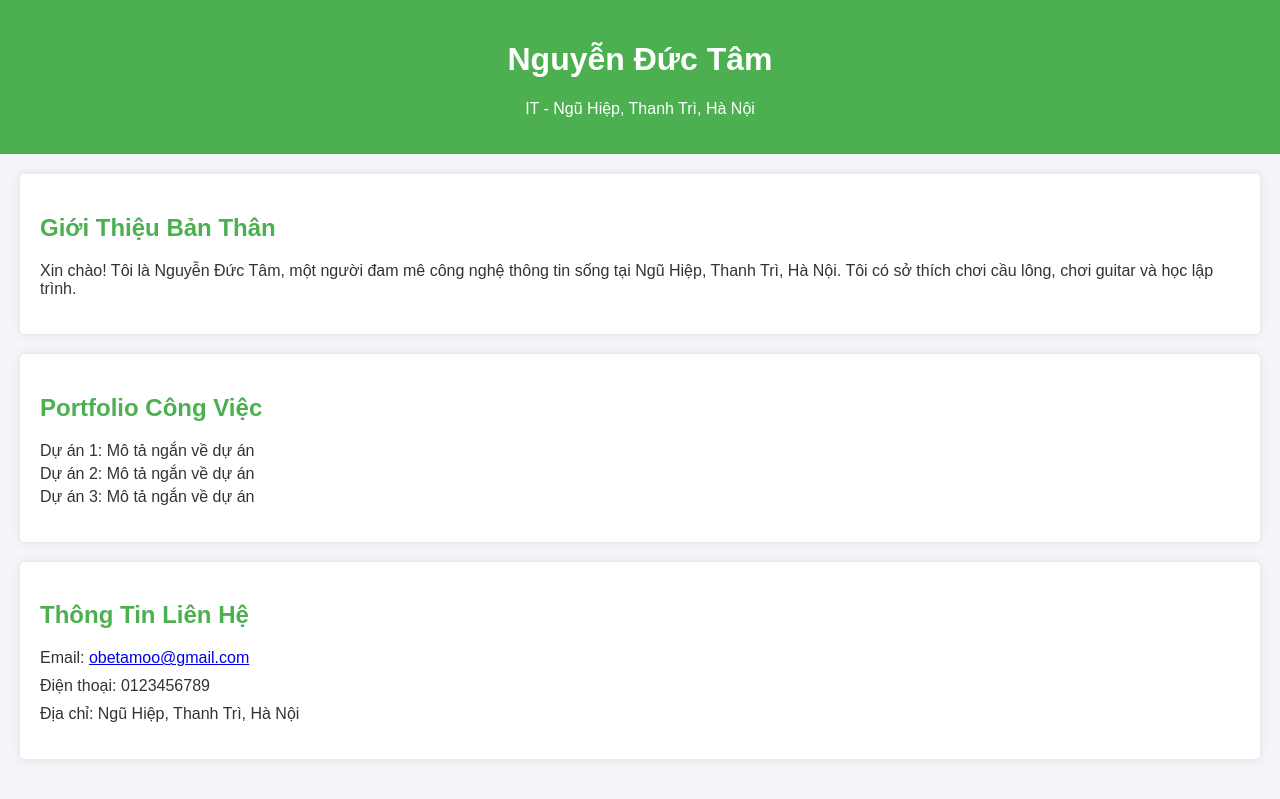
Repository: obetamoo/Introduce
Page: index.html
The author's editor kept a copy of each file at every save. The page is drawn from the files as they stood at one save, then again after a run of saves.
The browser window is 1280 px wide. The pictures show the whole page.

Above is the page before, as saved 2024-07-15 09:00:24.

After the next 11 saves:
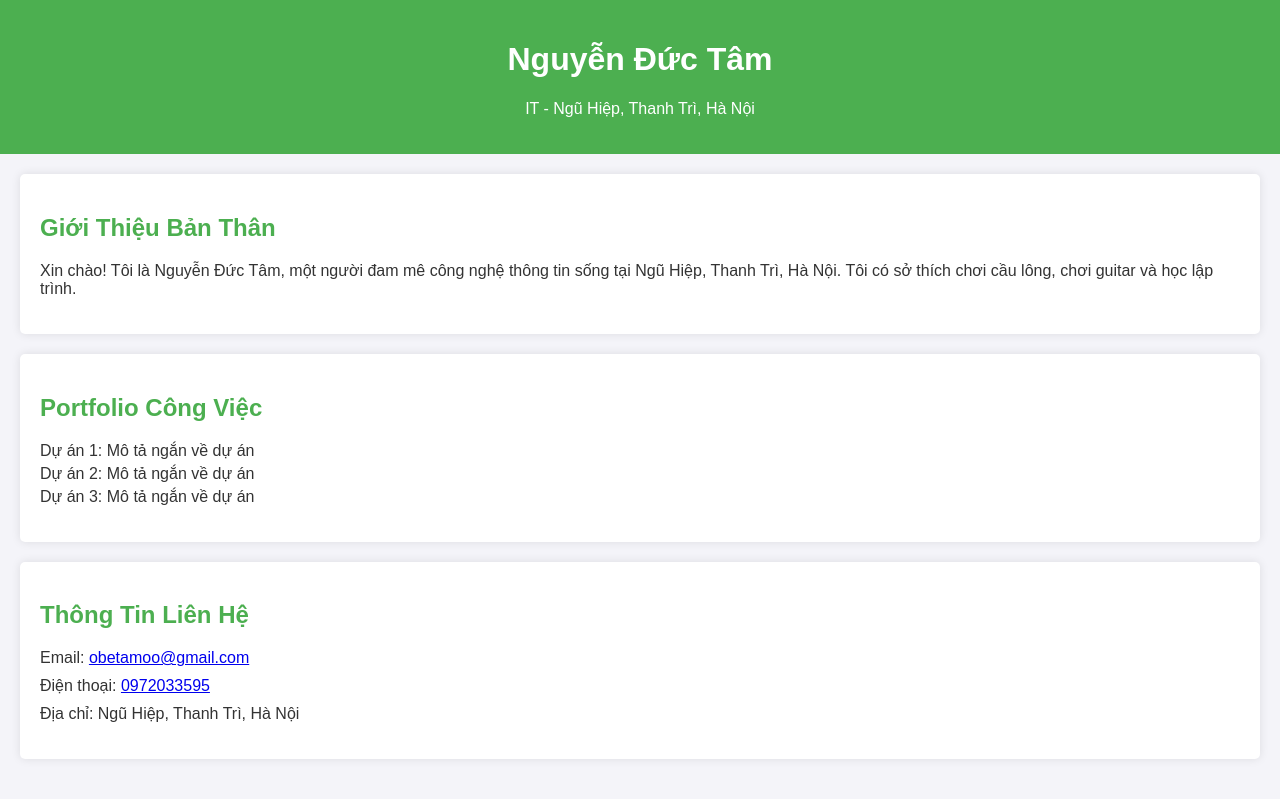
The 11 saves are shown as one change because they came seconds apart.
The last was saved 24 s later.
--- a/index.html
+++ b/index.html
@@ -66,7 +66,7 @@
             <h2>Thông Tin Liên Hệ</h2>
             <ul>
                 <li>Email: <a href="mailto:obetamoo@gmail.com">obetamoo@gmail.com</a></li>
-                <li>Điện thoại: 0123456789</li>
+                <li>Điện thoại: <a href="tel:0972033595">0972033595</a></li>
                 <li>Địa chỉ: Ngũ Hiệp, Thanh Trì, Hà Nội</li>
             </ul>
         </section>
